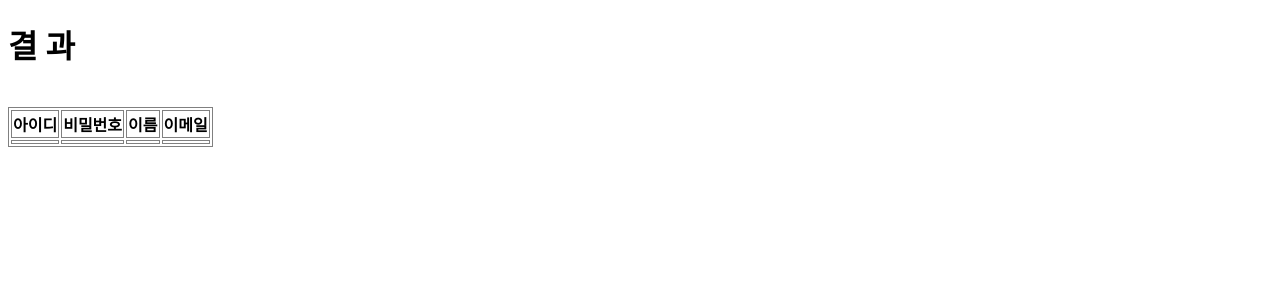
Repository: Jh1227/JSP
Page: http://localhost/12_EL/ex02_param/memberPro.jsp
An editor plug-in stored every save of this project. The page is shown before and after the next save, followed by the edit.
The browser window is 1280 px wide. The pictures show the whole page.
The page is served by Tomcat 9.

Above is the page before, as saved 2023-04-10 02:05:18.

After the next save:
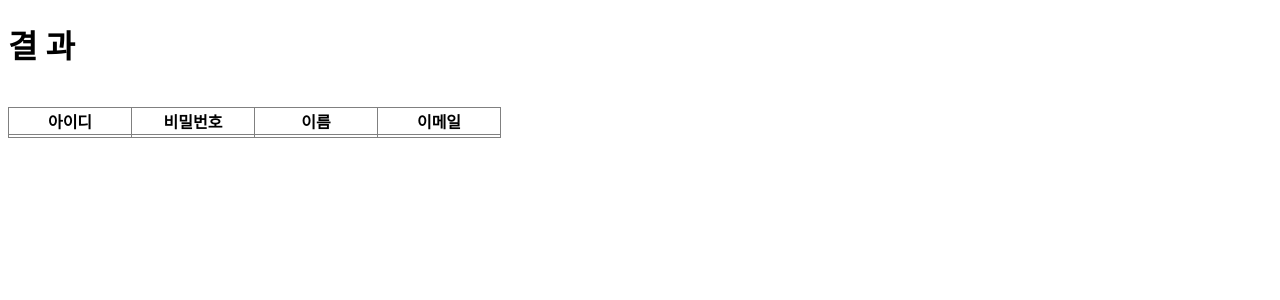
Saved 22 s later.
--- a/12_EL/src/main/webapp/ex02_param/memberPro.jsp
+++ b/12_EL/src/main/webapp/ex02_param/memberPro.jsp
@@ -12,7 +12,8 @@
 <meta charset="UTF-8">
 <title>memberPro.jsp</title>
 <style type="text/css">
-table, th, td { border: 1px solid gray; }
+table, th, td { border: 1px solid gray; border-collapse: collapse; }
+th, td { width: 120px; text-align: center; }
 </style>
 </head>
 <body>
